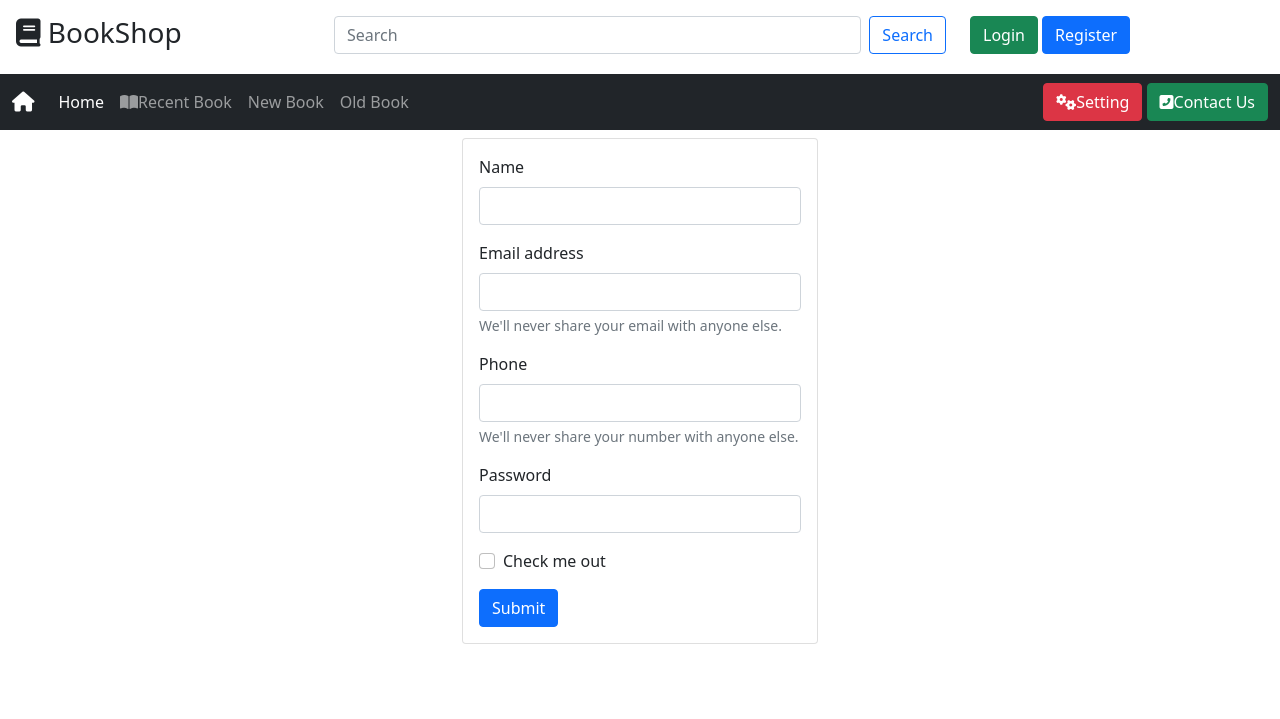
Repository: Abhishekverma23797/BookShopApp
Page: http://localhost/Ebook-App/Register.jsp
These files come from the project's save history. The page is drawn as it stood at one moment and after the next save; the edit follows.
The browser window is 1280 px wide. The pictures show the whole page.
The page is served by Tomcat 9.

Above is the page before, as saved 2021-12-07 11:57:35.

After the next save:
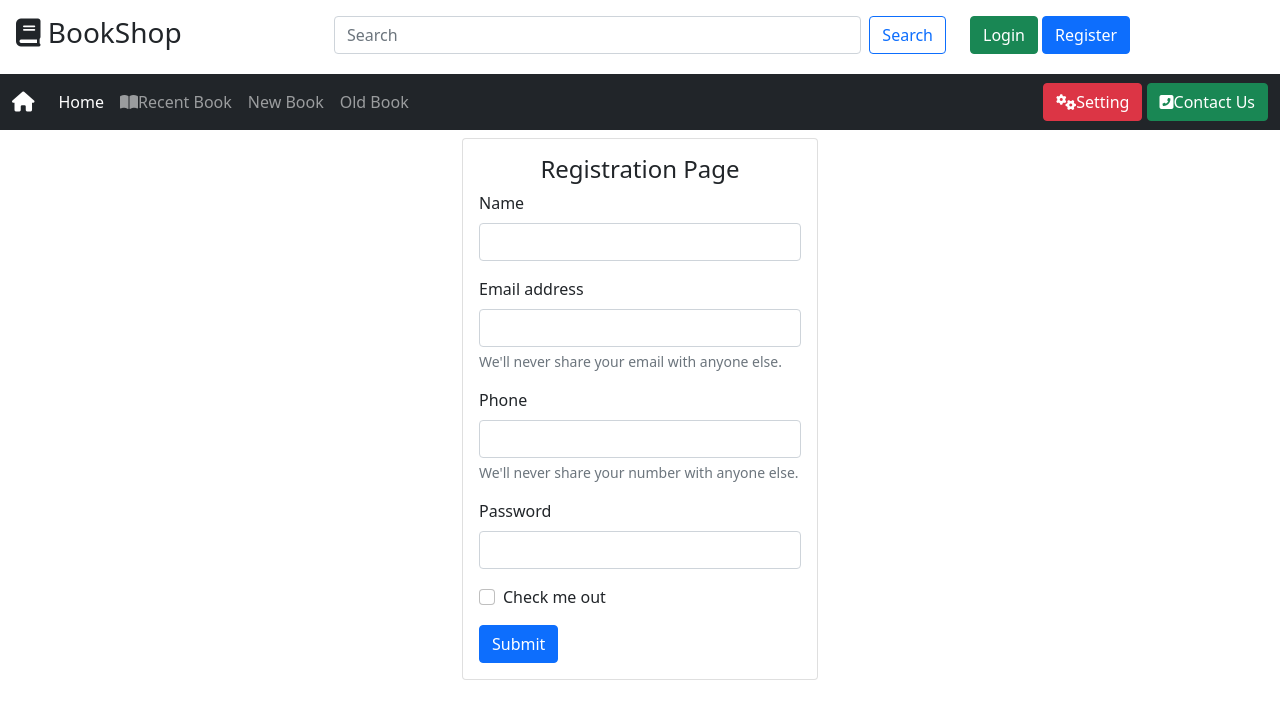
Saved 3 min 4 s later.
--- a/Ebook-App/src/main/webapp/Register.jsp
+++ b/Ebook-App/src/main/webapp/Register.jsp
@@ -17,7 +17,7 @@
 				<div class="card mt-2">
 
 					<div class="card-body">
-
+							<h4 class="text-center">Registration Page</h4>
 						<form>
 							<div class="mb-3">
 								<label for="exampleInputEmail1" class="form-label">Name</label>
@@ -33,7 +33,8 @@
 									your email with anyone else.</div>
 							</div>
 							<div class="mb-3">
-								<label for="exampleInputEmail1" class="form-label">Phone</label> <input type="number" class="form-control"
+								<label for="exampleInputEmail1" class="form-label">Phone</label>
+								<input type="number" class="form-control"
 									id="exampleInputEmail1" aria-describedby="emailHelp">
 								<div id="emailHelp" class="form-text">We'll never share
 									your number with anyone else.</div>
